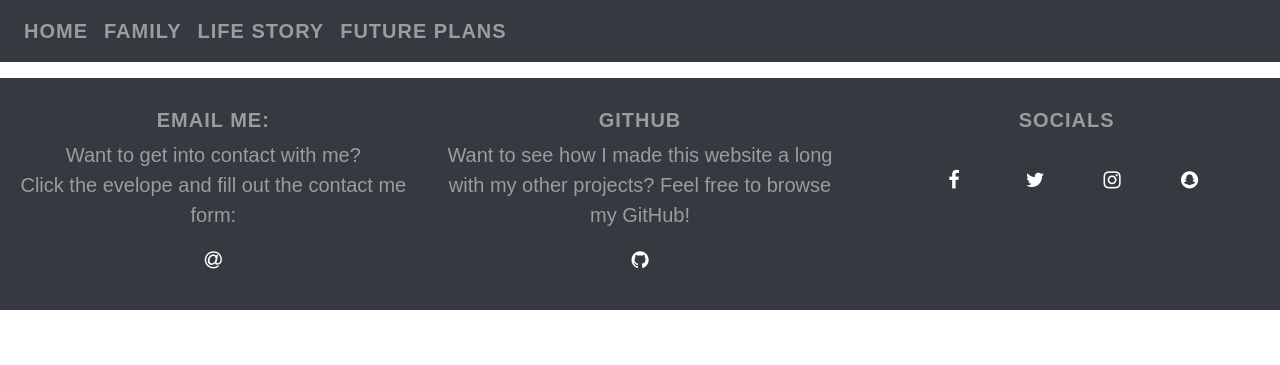
Repository: Code-Institute-Submissions/user-centric-frontend-dev-milestone-project
Page: gallery.html
The author's editor kept a record of every edit. The page is drawn from the files as they stood at one moment, then again after the next edit.
The browser window is 1280 px wide. The pictures show the whole page.
Some web fonts or font styles are not loaded; a fallback is used.

Above is the page before.

### gallery.html
<!DOCTYPE html>
<html lang="en">

<head>
    <meta charset="UTF-8">
    <meta name="viewport" content="width=device-width, initial-scale=1.0">
    <meta http-equiv="X-UA-Compatible" content="ie=edge">
    <link rel="stylesheet" href="assets/css/style.css" type="text/css" />
    <link rel="stylesheet" href="https://stackpath.bootstrapcdn.com/font-awesome/4.7.0/css/font-awesome.min.css" type="text/css" />
    <link rel="stylesheet" href="https://stackpath.bootstrapcdn.com/bootstrap/4.3.1/css/bootstrap.min.css" type="text/css" />
    <title>Will Penrose Autobiography</title>
</head>

<body>
    <header>
        <!--------------------------------------NAVBAR----------------------------->

        <nav class="navbar navbar-expand-sm navbar-dark bg-dark fixed-top text-uppercase">
            <button class="navbar-toggler" data-toggle="collapse" data-target="#collapse_target">
                <span class="navbar-toggler-icon"></span>
            </button>
            <div class="collapse navbar-collapse" id="collapse_target">
                <ul class="navbar-nav">
                    <li class="nav-item">
                        <a class="nav-link" href="index.html">Home</a>
                    </li>
                    <li class="nav-item">
                        <a class="nav-link" href="family.html">Family</a>
                    </li>
                    <li class="nav-item">
                        <a class="nav-link" href="story.html">Life Story</a>
                    </li>
                    <li class="nav-item">
                        <a class="nav-link" href="plans.html">Future Plans</a>
                    </li>
                </ul>
            </div>
        </nav>

    <!--------------------------------------MAIN CONTENT----------------------------->

    <section class="family">
        <div class="container-fluid">
            <div class="row">
                <div class="col-12">
                    <h1 class="family-heading">My Family Tree</h1>
                </div>
            </div>
        </div>
    </section>

    <!--------------------------------------FOOTER----------------------------------->
    <footer>
        <div class="container-fluid">
            <div class="row">
                <div class="col-sm-4 footer-paragraph">
                    <h4 class="footer-section text-uppercase">Email Me:</h4>
                    <p>
                        Want to get into contact with me?<br> Click the evelope and fill out the contact me form:
                        <br>
                        <a href="contact.html" target="_blank">
                            <i class="fa fa-at email" aria-hidden="true"></i>
                            <span class="sr-only">Email</span>
                        </a>
                    </p>
                </div>
                <div class="col-sm-4 footer-paragraph">
                    <h4 class="footer-section text-uppercase social-links">GitHub</h4>
                    <p>
                        Want to see how I made this website a long with my other projects? Feel free to browse my GitHub!
                        <br>
                        <a href="https://github.com/mrwillpenrose" target="_blank">
                            <i class="fa fa-github" aria-hidden="true"></i>
                            <span class="sr-only">GitHub</span>
                        </a>
                    </p>
                </div>
                <div class="col-sm-4 footer-paragraph">
                    <h4 class="footer-section text-uppercase">Socials</h4>
                    <ul class="list-inline social-links">
                        <li class="list-inline-item">
                            <a href="https://www.facebook.com/will.penrose.94" target="_blank">
                                <i class="fa fa-facebook" aria-hidden="true"></i>
                                <span class="sr-only">Facebook</span>
                            </a>
                        </li>
                        <li class="list-inline-item">
                            <a href="https://twitter.com/WillP3nrose" target="_blank">
                                <i class="fa fa-twitter" aria-hidden="true"></i>
                                <span class="sr-only">Twitter</span>
                            </a>
                        </li>
                        <li class="list-inline-item">
                            <a href="https://www.instagram.com/mrwillpenrose/" target="_blank">
                                <i class="fa fa-instagram" aria-hidden="true"></i>
                                <span class="sr-only">Instagram</span>
                            </a>
                        </li>
                        <li class="list-inline-item">
                            <a href="https://imgur.com/5HMoy86" target="_blank">
                                <i class="fa fa-snapchat" aria-hidden="true"></i>
                                <span class="sr-only">Snapchat</span>
                            </a>
                        </li>
                    </ul>
                </div>
            </div>
        </div>
    </footer>
</body>

</html>

### assets/css/style.css
@import url('https://fonts.googleapis.com/css?family=Odibee+Sans&display=swap:100,200,300,400,500,600,700|PT Sans Narrow:100,200,300,400,500,600,700');

/*---------------------------Navbar*/

.navbar {
    font-family: "Odibee Sans", sans-serif;
    font-size: 20px;
    letter-spacing: 1px;
    font-weight: 600;
}

/*---------------------------General*/

.inline-block {
    display: inline-block;
}

/*---------------------------Home Page Heading*/

.heading {
    text-align: center;
    margin: 0;
    padding-top: 100px;
}

img {
    width: 100%;
    height: 100%;
}

.jumbotron .name {
    font-family: "Odibee Sans", sans-serif;
    font-weight: 500;
    font-size: 60px
}

.jumbotron .title {
    font-family: "PT Sans Narrow", sans-serif;
    font-weight: 300;
    font-size: 40px
}

/*----------------------Home Page Text*/

.paragraph-heading {
    font-family: "Odibee Sans", sans-serif;
    font-size: 50px;
    text-align: center;
    text-decoration: underline;

}

.home-paragraphs {
    font-family: "PT Sans Narrow", sans-serif;
    font-size: 30px;
    width: 100%;
}

/*----------------------Media Quires*/

@media (max-width: 992px) {
    .home-paragraphs {
        padding-top: 20px;
    }
}

/*----------------------Contact Form*/

.contact-title {
    text-align: center;
}

/*----------------------Footer and Socials*/

footer {
    background-color: #343a40;
    color: rgba(255, 255, 255, 0.5);
    margin-top: 10px
}

.footer-paragraph {
    font-family: "PT Sans Narrow", sans-serif;
    text-align: center;
    font-size: 20px;
    font-weight: 400;
}

.footer-section {
    padding-top: 30px;
    text-align: center;
    font-family: "Odibee Sans", sans-serif;
    letter-spacing: 1px;
    font-size: 20px;
    font-weight: 600;
}

/*----------------------Footer Icons*/

.social-links li a i {
    width: 64px;
    height: 64px;
    color: #fff;
    padding: 30px;
}


p a i {
    width: 64px;
    height: 64px;
    color: #fff;
    padding-top: 20px;
}


/*----------------------Story Page*/

.story {
    margin: 0;
    padding-top: 100px;
}

.story-heading {
    font-family: "Odibee Sans", sans-serif;
    font-size: 50px;
    text-align: center;
}

.story-paragraphs {
    font-family: "PT Sans Narrow", sans-serif;
    font-size: 30px;
    display: inline-block;
}


/*----------------------Story Subheadings*/

.birth-subheading {
    font-family: "Odibee Sans", sans-serif;
    font-size: 40px;
    text-align: left;
    text-decoration: underline;
    padding-bottom: 10px
}

.years-subheading {
    font-family: "Odibee Sans", sans-serif;
    font-size: 40px;
    text-align: left;
    text-decoration: underline;
    padding-bottom: 10px
}

.leading-subheading {
    font-family: "Odibee Sans", sans-serif;
    font-size: 40px;
    text-align: left;
    text-decoration: underline;
    padding-bottom: 10px
}

.teen-subheading {
    font-family: "Odibee Sans", sans-serif;
    font-size: 40px;
    text-align: left;
    text-decoration: underline;
    padding-bottom: 10px
}

.present-subheading {
    font-family: "Odibee Sans", sans-serif;
    font-size: 40px;
    text-align: left;
    text-decoration: underline;
    padding-bottom: 10px
}


/*----------------------Family Page*/

.family-heading {
    font-family: "Odibee Sans", sans-serif;
    text-align: center;
    font-size: 50px;
}

After the next edit:
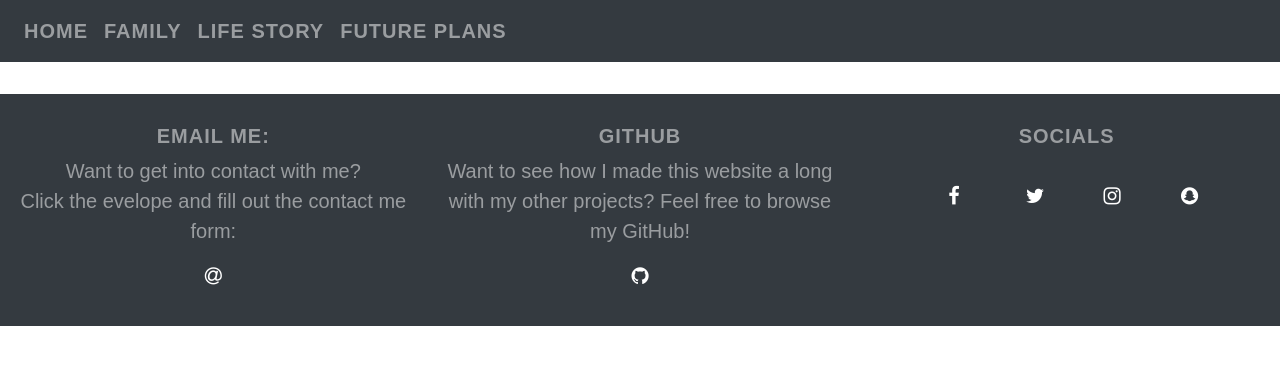
The edit:
--- a/gallery.html
+++ b/gallery.html
@@ -37,76 +37,81 @@
             </div>
         </nav>
 
-    <!--------------------------------------MAIN CONTENT----------------------------->
+        <!--------------------------------------MAIN CONTENT----------------------------->
 
-    <section class="family">
-        <div class="container-fluid">
-            <div class="row">
-                <div class="col-12">
-                    <h1 class="family-heading">My Family Tree</h1>
+        <section class="family">
+            <div class="container-fluid">
+                <div class="row">
+                    <div class="col-12">
+                        <h1 class="family-heading">My Family Tree</h1>
+                    </div>
+                    <div class="col">
+                        <p class="dad">
+
+                        </p>
+                    </div>
                 </div>
             </div>
-        </div>
-    </section>
+        </section>
 
-    <!--------------------------------------FOOTER----------------------------------->
-    <footer>
-        <div class="container-fluid">
-            <div class="row">
-                <div class="col-sm-4 footer-paragraph">
-                    <h4 class="footer-section text-uppercase">Email Me:</h4>
-                    <p>
-                        Want to get into contact with me?<br> Click the evelope and fill out the contact me form:
-                        <br>
-                        <a href="contact.html" target="_blank">
+        <!--------------------------------------FOOTER----------------------------------->
+        <footer>
+            <div class="container-fluid">
+                <div class="row">
+                    <div class="col-sm-4 footer-paragraph">
+                        <h4 class="footer-section text-uppercase">Email Me:</h4>
+                        <p>
+                            Want to get into contact with me?<br> Click the evelope and fill out the contact me form:
+                            <br>
+                            <a href="contact.html" target="_blank">
                             <i class="fa fa-at email" aria-hidden="true"></i>
                             <span class="sr-only">Email</span>
                         </a>
-                    </p>
-                </div>
-                <div class="col-sm-4 footer-paragraph">
-                    <h4 class="footer-section text-uppercase social-links">GitHub</h4>
-                    <p>
-                        Want to see how I made this website a long with my other projects? Feel free to browse my GitHub!
-                        <br>
-                        <a href="https://github.com/mrwillpenrose" target="_blank">
+                        </p>
+                    </div>
+                    <div class="col-sm-4 footer-paragraph">
+                        <h4 class="footer-section text-uppercase social-links">GitHub</h4>
+                        <p>
+                            Want to see how I made this website a long with my other projects? Feel free to browse my GitHub!
+                            <br>
+                            <a href="https://github.com/mrwillpenrose" target="_blank">
                             <i class="fa fa-github" aria-hidden="true"></i>
                             <span class="sr-only">GitHub</span>
                         </a>
-                    </p>
-                </div>
-                <div class="col-sm-4 footer-paragraph">
-                    <h4 class="footer-section text-uppercase">Socials</h4>
-                    <ul class="list-inline social-links">
-                        <li class="list-inline-item">
-                            <a href="https://www.facebook.com/will.penrose.94" target="_blank">
+                        </p>
+                    </div>
+                    <div class="col-sm-4 footer-paragraph">
+                        <h4 class="footer-section text-uppercase">Socials</h4>
+                        <ul class="list-inline social-links">
+                            <li class="list-inline-item">
+                                <a href="https://www.facebook.com/will.penrose.94" target="_blank">
                                 <i class="fa fa-facebook" aria-hidden="true"></i>
                                 <span class="sr-only">Facebook</span>
                             </a>
-                        </li>
-                        <li class="list-inline-item">
-                            <a href="https://twitter.com/WillP3nrose" target="_blank">
+                            </li>
+                            <li class="list-inline-item">
+                                <a href="https://twitter.com/WillP3nrose" target="_blank">
                                 <i class="fa fa-twitter" aria-hidden="true"></i>
                                 <span class="sr-only">Twitter</span>
                             </a>
-                        </li>
-                        <li class="list-inline-item">
-                            <a href="https://www.instagram.com/mrwillpenrose/" target="_blank">
+                            </li>
+                            <li class="list-inline-item">
+                                <a href="https://www.instagram.com/mrwillpenrose/" target="_blank">
                                 <i class="fa fa-instagram" aria-hidden="true"></i>
                                 <span class="sr-only">Instagram</span>
                             </a>
-                        </li>
-                        <li class="list-inline-item">
-                            <a href="https://imgur.com/5HMoy86" target="_blank">
+                            </li>
+                            <li class="list-inline-item">
+                                <a href="https://imgur.com/5HMoy86" target="_blank">
                                 <i class="fa fa-snapchat" aria-hidden="true"></i>
                                 <span class="sr-only">Snapchat</span>
                             </a>
-                        </li>
-                    </ul>
+                            </li>
+                        </ul>
+                    </div>
                 </div>
             </div>
-        </div>
-    </footer>
+        </footer>
 </body>
 
 </html>
